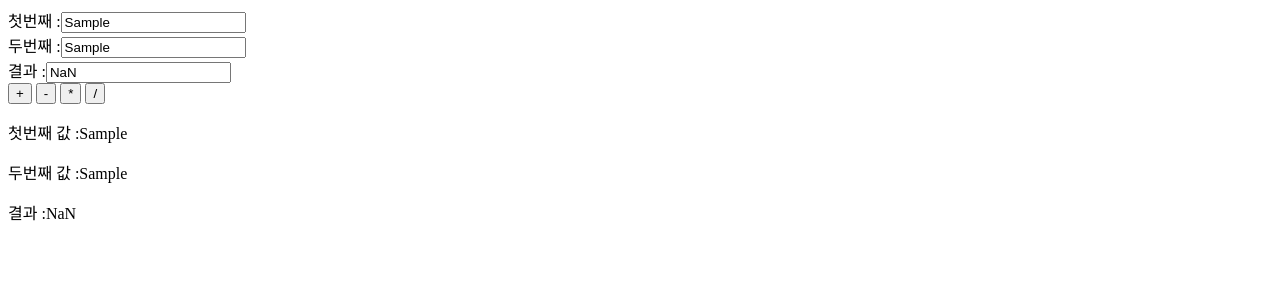
Repository: solsol7/ddit-html
Page: webpro/WebContent/0706/calc함수.html
The author's editor kept a copy of each file at every save. The page is drawn from the files as they stood at one save, then again after the next save.
The browser window is 1280 px wide. The pictures show the whole page.
Empty fields were first filled with sample values (such as "Sample", 5 or name@example.com).
After loading, the first visible `input[onclick="calc('+')"]` was clicked once.

Above is the page before, as saved 2023-07-06 05:37:24.

### webpro/WebContent/0706/calc함수.html
<!DOCTYPE html>
<html>
<head>
<meta charset="UTF-8">
<title>Insert title here</title>
<script>
calc = (op) => {

	//x, y의 입력값을 가져온다
	xvalue = document.getElementById('x').value;
	yvalue =document.getElementById('y').value;

	if(op =="+"){
		res = add();
	}else if(op == "-"){
		res = sub();
	}else if(op == "*"){
		res = multi();
	}else if(op =="/"){
		res = div();
	}

	//출력
	//출력 장소 sum, sp1, sp2, sp3을 검색

	str = `x = ${xvalue} <br>`;
	str += `y = ${yvalue} <br>`;
	str += `${xvalue} ${op} ${yvalue} = ${res}`;

	document.getElementById('sum').value = res;
	document.getElementById('sp1').innerHTML = xvalue;
	document.getElementById('sp2').innerHTML = yvalue;
	document.getElementById('sp3').innerHTML = res;

}

function add(){
	return parseInt(xvalue) + parseInt(yvalue);
}
function sub(){
	return xvalue - yvalue;
}
function multi(){
	return xvalue * yvalue;
}
function div(){
	return xvalue/yvalue;
}
</script>
</head>
<body>
<form>
      첫번째 :<input id="x"><br>
      두번째 :<input id="y"><br>
      결과 :<input id="sum"><br>
      <input type="button"  onclick="calc('+')" value="+">
      <input type="button"  onclick="calc('-')" value="-">
      <input type="button"  onclick="calc('*')" value="*">
      <input type="button"  onclick="calc('/')" value="/"><br>
      <p>첫번째 값 :<span id="sp1"></span> </p>
      <p>두번째 값 :<span id="sp2"></span> </p>
      <p>결과 :<span id="sp3"></span> </p>
    </form>
</body>
</html>

After the next save:
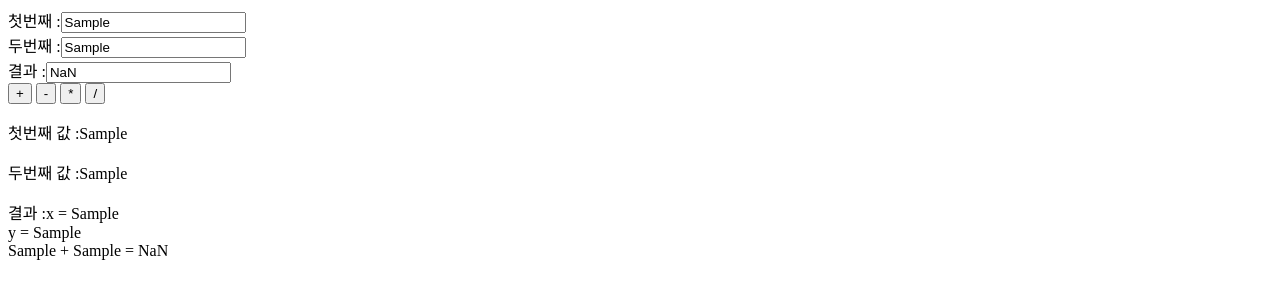
Saved 12 s later.
--- a/webpro/WebContent/0706/calc함수.html
+++ b/webpro/WebContent/0706/calc함수.html
@@ -30,7 +30,7 @@ calc = (op) => {
 	document.getElementById('sum').value = res;
 	document.getElementById('sp1').innerHTML = xvalue;
 	document.getElementById('sp2').innerHTML = yvalue;
-	document.getElementById('sp3').innerHTML = res;
+	document.getElementById('sp3').innerHTML = str;
 
 }
 
